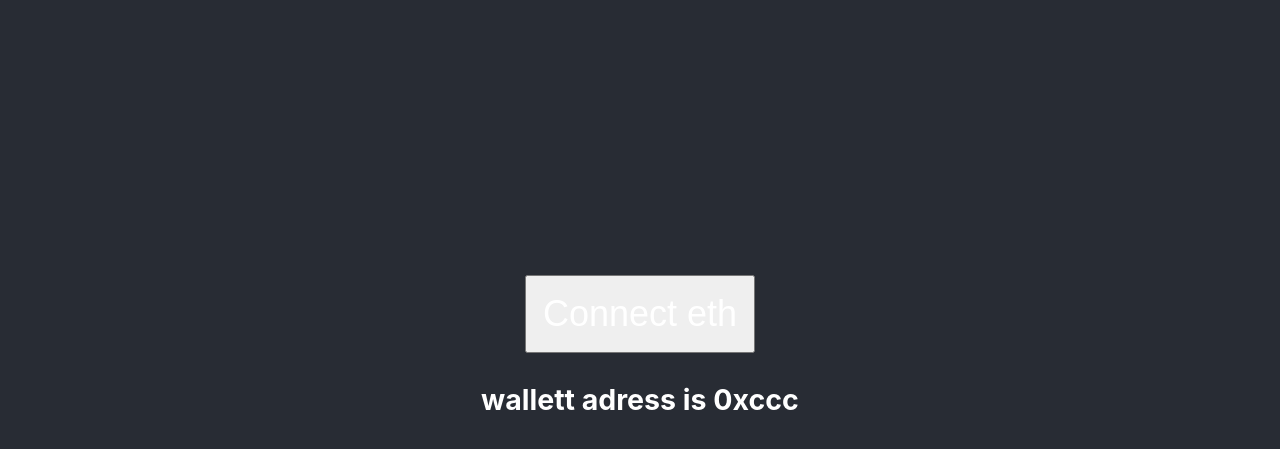
Repository: Hasnainzxc/eth-widget
Page: /
An editor plug-in stored every save of this project. The page is shown before and after the next save, followed by the edit.
The browser window is 1280 px wide. The pictures show the whole page.
The project was rebuilt for these pictures with package versions that can differ from the ones it lists, and the page was loaded fresh each time.

Above is the page before, as saved 2023-04-26 02:58:32.

### src/App.js
import logo from './logo.svg';
import './App.css';

function App() {

  async function requestAccount() {
    console.log('Requesting account ..');

    if (window.ethereum) {
      console.log('detected');

      try {
        const accounts = await window.ethereum.request({ method: 'eth_requestAccounts' });
        console.log('accounts', accounts);
      }
      catch (error) {
        console.log('error', error);
      }
    } else {
      console.log('not detected');
    }
  }

  return (
    <div className="App">
      <header className="App-header">
        <button onClick={requestAccount}>Connect eth</button>
        <h3>wallett adress is 0xccc</h3>
      </header>
    </div>
  );
}

export default App;

### src/App.css
.App {
  text-align: center;
}

.App-logo {
  height: 40vmin;
  pointer-events: none;
}

@media (prefers-reduced-motion: no-preference) {
  .App-logo {
    animation: App-logo-spin infinite 20s linear;
  }
}

.App-header {
  background-color: #282c34;
  min-height: 100vh;
  display: flex;
  flex-direction: column;
  align-items: center;
  justify-content: center;
  font-size: calc(10px + 2vmin);
  color: white;
}

.App-link {
  color: #61dafb;
}

@keyframes App-logo-spin {
  from {
    transform: rotate(0deg);
  }
  to {
    transform: rotate(360deg);
  }
}
button {
  font-size: 36px;
  padding: 16px;
  border-radius: red;
  color: white;


}

Loaded but not shown: public/index.html (common file); src/index.js (common file); src/index.css (common file); src/reportWebVitals.js (common file)

After the next save:
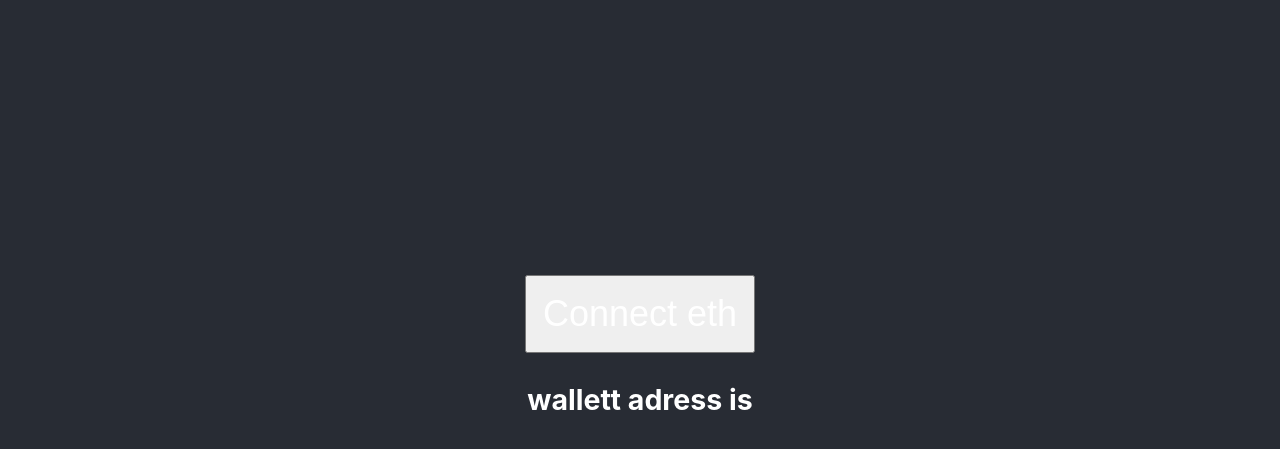
Saved 7 min 43 s later.
--- a/src/App.js
+++ b/src/App.js
@@ -1,7 +1,11 @@
 import logo from './logo.svg';
 import './App.css';
+import { useState } from 'react';
 
 function App() {
+
+  //propertties
+  const [walletAddress, setWalletAddress] = useState('');
 
   async function requestAccount() {
     console.log('Requesting account ..');
@@ -25,7 +29,7 @@ function App() {
     <div className="App">
       <header className="App-header">
         <button onClick={requestAccount}>Connect eth</button>
-        <h3>wallett adress is 0xccc</h3>
+        <h3>wallett adress is {walletAddress}</h3>
       </header>
     </div>
   );
